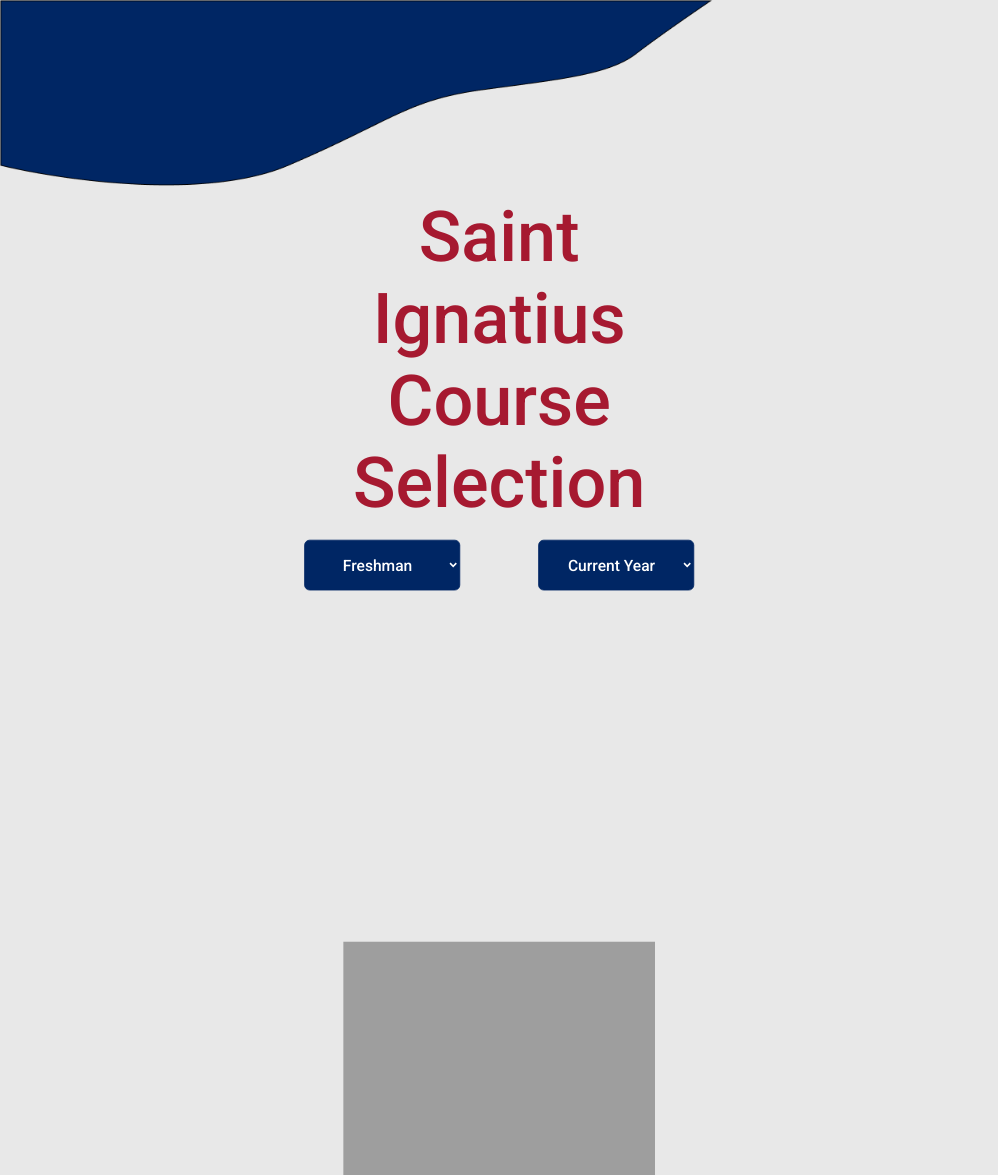
Repository: BuddyBob/si_course_selection
Page: /
The author's editor kept a copy of each file at every save. The page is drawn from the files as they stood at one save, then again after the next save.
The browser window is 1280 px wide. The pictures show the whole page, at 78% of full size.
Pictures or frames that could not be fetched are drawn as grey boxes. The project was rebuilt for these pictures with package versions that can differ from the ones it lists, and the page was loaded fresh each time.

Above is the page before, as saved 2022-12-29 11:58:01.

### public/index.html
<!DOCTYPE html>
<html lang="en">
  <head>
    <meta charset="utf-8" />
    <link rel="icon" href="%PUBLIC_URL%/favicon.ico" />
    <meta name="viewport" content="width=device-width, initial-scale=1" />
    <meta name="theme-color" content="#000000" />
    <meta
      name="description"
      content="Web site created using create-react-app"
    />
    <link rel="apple-touch-icon" href="%PUBLIC_URL%/logo192.png" />
    <link rel="manifest" href="%PUBLIC_URL%/manifest.json" />

    <link rel="preconnect" href="https://fonts.googleapis.com">
    <link rel="preconnect" href="https://fonts.gstatic.com" crossorigin>
    <link href="https://fonts.googleapis.com/css2?family=Open+Sans:wght@300;400&family=Roboto:wght@500&display=swap" rel="stylesheet">
    <title>React App</title>
  </head>
  <body>
    <noscript>You need to enable JavaScript to run this app.</noscript>
    <div id="root"></div>

  </body>
</html>

### src/index.js
import App from './App';
import React from 'react';
import ReactDOM from 'react-dom';
import { HashRouter as Router } from 'react-router-dom';

ReactDOM.render(<Router>< App /></Router>, document.getElementById("root"));

### src/App.js
import './index.css'

import {
    Route,
    Routes,
} from "react-router-dom";

import Home from "./Home";

export default function App() {
    return (
          <Routes>
            <Route  exact path='/' element={<Home/>} />
          </Routes>
    );
  }

### src/index.css
:root {
  --background:#e8e8e8;
  --main:#002664;
  --secondary:#A61930;
  --highlight:#2D2D2D;
  --text:#2D2D2D;
}

*{
  padding: 0;
  margin: 0;
  box-sizing: border-box;
  cursor: default;
  font-family: 'Open Sans', sans-serif;
  font-family: 'Roboto', sans-serif;
}

body{
  background: var(--background);
  overflow-x: hidden;
}


.main-container{
  display: flex;
  flex-direction: column;
  justify-content: center;
  align-items: center;
  padding: 0px;
  gap: 80px;
}

.title{
  position: absolute;
  top:35%;
  font-style: normal;
  font-size: 90px;
  color: var(--secondary);
  width:40%;
  text-align: center;
  font-weight: 450;

}

/* .grade{
  position: relative;
  background-color: var(--main);
  padding:30px;
  border-radius: 10px;
  border: 2px solid var(--main);
  width:10%;
  height: 10%;
  top:500px;
  right:300px
}

.years{
  position: relative;
  background-color: var(--main);
  padding:30px;
  border-radius: 10px;
  border: 2px solid var(--main);
  width:10%;
  height: 10%;
  top:340px;
  left:300px
} */

select {
  border: #002664 1px solid;
  border-radius: 7px;
  background: #002664;
  width: 200px;
  height: 65px;/*Width of select dropdown to give space for arrow image*/
  color: #FFF;
  padding: 20px;
  text-align: center;
  font-size: 20px;
  font-weight: 30px;
  margin: 50px;
}

.pg1dd {
  position: relative;
  top: 400px;;

}

.arrow5{
  display: flex;
  flex-direction: column;
  justify-content: center;
  align-items: center;
  position: relative;
  top: 400px;
  left: 100px;


}

### src/Home.js
import React from 'react'
import arrow5 from './assets/Arrow 5.svg'
import vector1 from './assets/Vector 1.png'
function Home() {
  function optionChange(e){
    console.log("option changed")
    console.log(e.target.value)
  }
  return (
    <div>
      <input type="image" src={vector1} alt="vector" className="vector1" />
      <div className="main-container">
        <h1 className="title">Saint Ignatius Course Selection</h1>
        <form className="pg1dd">
            <select className="grade">

                <option>Freshman</option>
                <option>Sophmore </option>
                <option>Junior</option>
                <option>Senior</option>
            </select>

            <select className="years">
                <option>Current Year</option>
                <option>All Years</option>
            </select>
            <input type="image" src={arrow5} alt="arrow" className="arrow5" />
        </form>



      </div>
    </div>
  )
}

export default Home

After the next save:
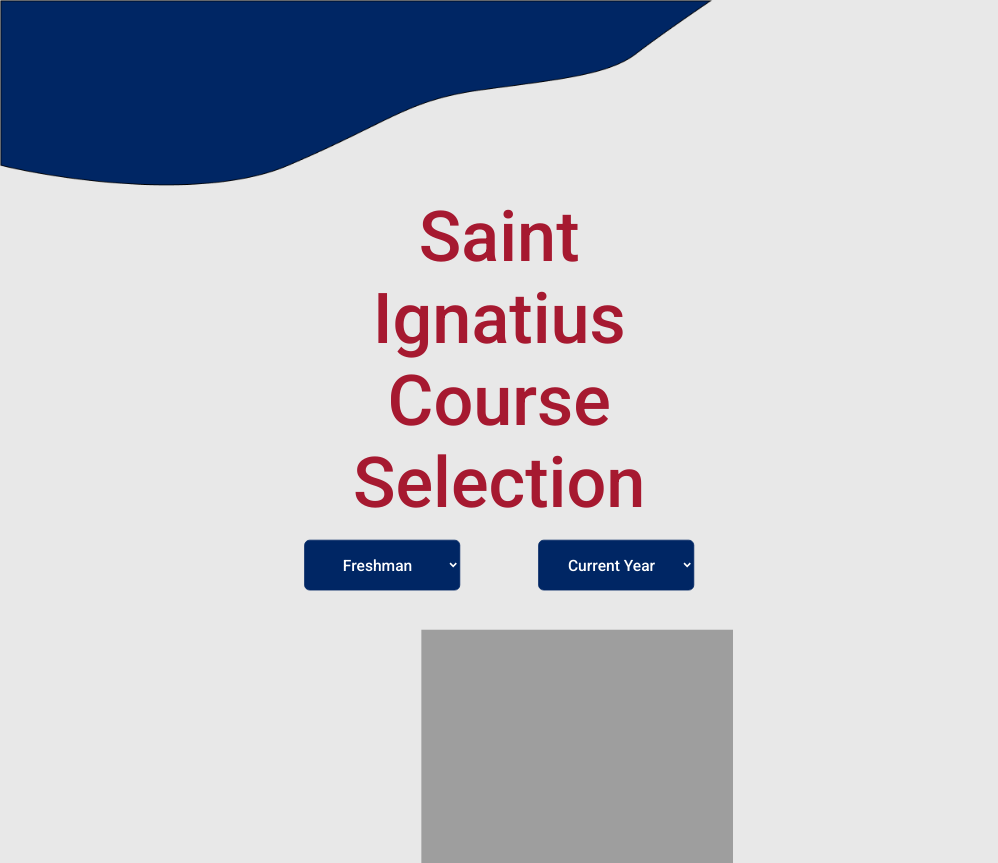
Saved 9 s later.
--- a/src/index.css
+++ b/src/index.css
@@ -92,8 +92,7 @@
   justify-content: center;
   align-items: center;
   position: relative;
-  top: 400px;
-  left: 100px;
+  left: 200px;
 
 
 }
